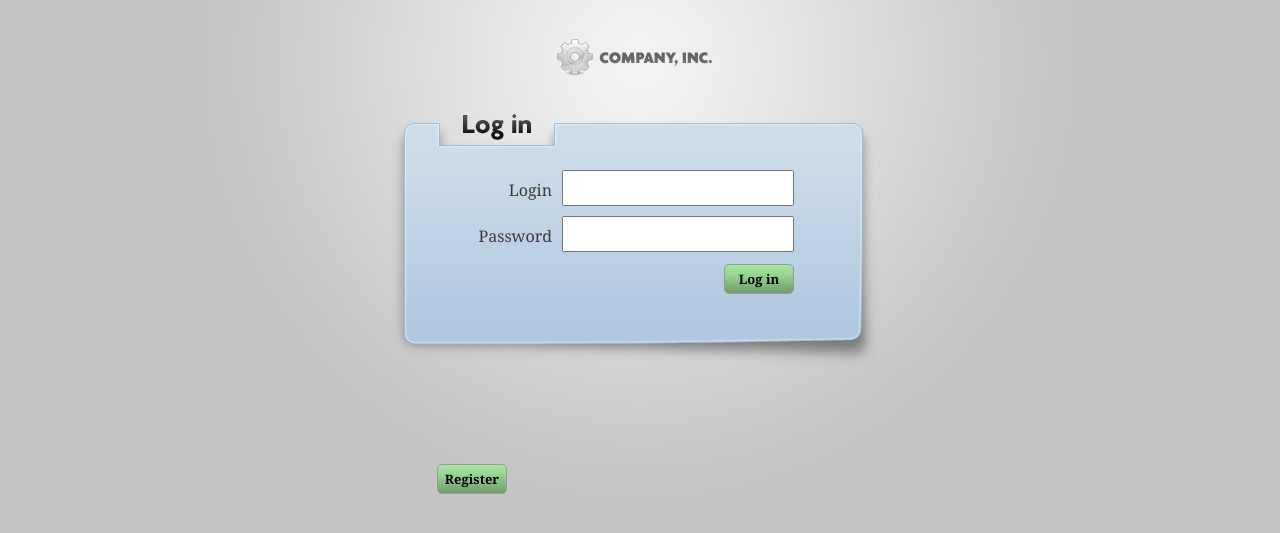
Repository: zlenyk/wrzucak
Page: Shop/WebContent/index.html
The author's editor kept a copy of each file at every save. The page is drawn from the files as they stood at one save, then again after the next save.
The browser window is 1280 px wide. The pictures show the whole page.

Above is the page before, as saved 2013-09-20 10:03:00.

### Shop/WebContent/index.html
<!DOCTYPE html PUBLIC "-//W3C//DTD XHTML 1.0 Transitional//EN" "http://www.w3.org/TR/xhtml1/DTD/xhtml1-transitional.dtd">
<html xmlns="http://www.w3.org/1999/xhtml">

<head>
	<meta http-equiv="Content-Type" content="text/html; charset=UTF-8" />

	<title>Login Page</title>

	<link rel="stylesheet" type="text/css" href="style.css" />

</head>

<body>

	<form id="login-form" method="post" action="http://localhost:8080/Shop/Login">
		<fieldset>

			<legend>Log in</legend>

			<label for="login">Login</label>
			<input type="text" id="login" name="login"/>
			<div class="clear"></div>

			<label for="password">Password</label>
			<input type="password" id="password" name="password"/>
			<div class="clear"></div>

			<input type="hidden" name ="action" value = "login" />

			<br />

			<input type="submit" style="margin: -20px 0 0 287px;" class="button" name="commit" value="Log in"/>
		</fieldset>
	</form>

	<form id="login-form" method="post" action="http://localhost:8080/Shop/Registration">
			<input type="submit" style="margin: 0px 0 0 0px;" class="button" name="commit" value="Register"/>
	</form>
</body>

</html>

### Shop/WebContent/style.css
*					{ margin: 0; padding: 0; }
body				{ font-family: Georgia, serif; background: url(images/login-page-bg.jpg) top center no-repeat #c4c4c4; color: #3a3a3a;  }

.clear				{ clear: both; }

form				{ width: 406px; margin: 170px auto 0; }

legend				{ display: none; }

fieldset			{ border: 0; }

label				{ width: 115px; text-align: right; float: left; margin: 0 10px 0 0; padding: 9px 0 0 0; font-size: 16px; }

input				{ width: 220px; display: block; padding: 4px; margin: 0 0 10px 0; font-size: 18px;
					  color: #3a3a3a; font-family: Georgia, serif;}
input[type=checkbox]{ width: 20px; margin: 0; display: inline-block; }

.button				{ background: url(images/button-bg.png) repeat-x top center; border: 1px solid #999;
					  -moz-border-radius: 5px; padding: 5px; color: black; font-weight: bold;
					  -webkit-border-radius: 5px; font-size: 13px;  width: 70px; }
.button:hover		{ background: white; color: black; }

After the next save:
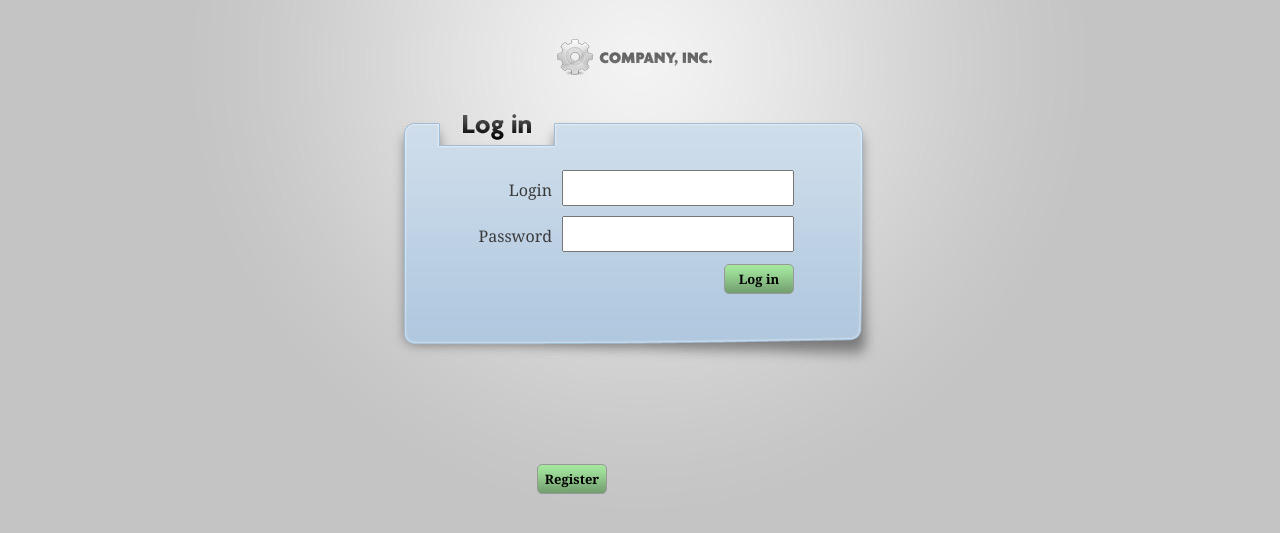
Saved 11 s later.
--- a/Shop/WebContent/index.html
+++ b/Shop/WebContent/index.html
@@ -34,7 +34,7 @@
 	</form>
 
 	<form id="login-form" method="post" action="http://localhost:8080/Shop/Registration">
-			<input type="submit" style="margin: 0px 0 0 0px;" class="button" name="commit" value="Register"/>
+			<input type="submit" style="margin: 0px 0 0 100px;" class="button" name="commit" value="Register"/>
 	</form>
 </body>
 

After the save that followed:
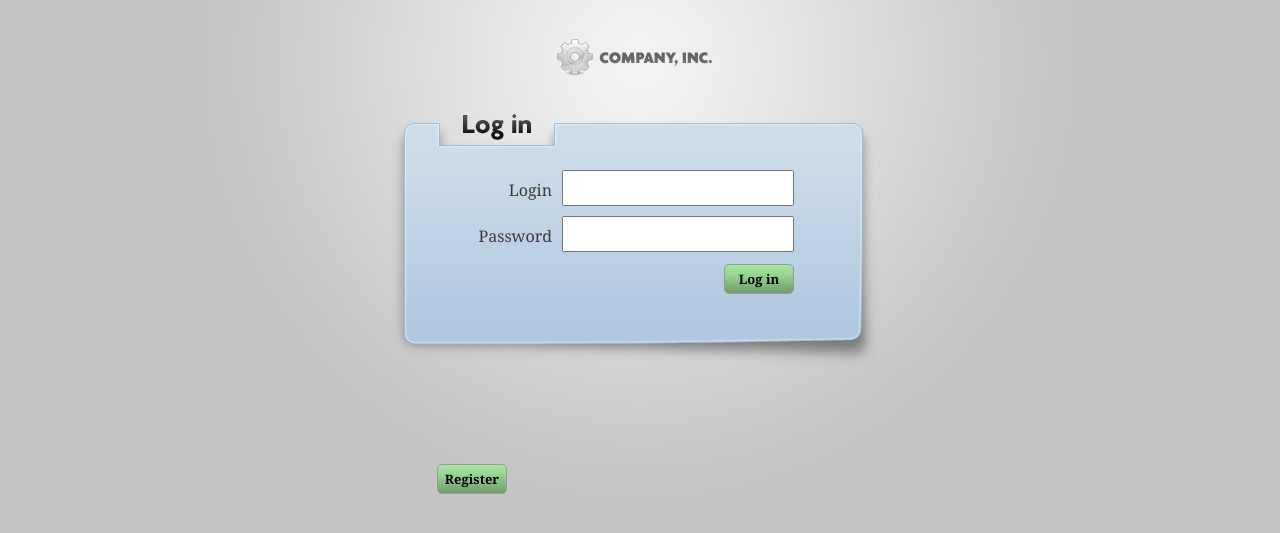
Saved 10 s later.
--- a/Shop/WebContent/index.html
+++ b/Shop/WebContent/index.html
@@ -34,7 +34,7 @@
 	</form>
 
 	<form id="login-form" method="post" action="http://localhost:8080/Shop/Registration">
-			<input type="submit" style="margin: 0px 0 0 100px;" class="button" name="commit" value="Register"/>
+			<input type="submit" style="margin: 0px 0 0 0px;" class="button" name="commit" value="Register"/>
 	</form>
 </body>
 
